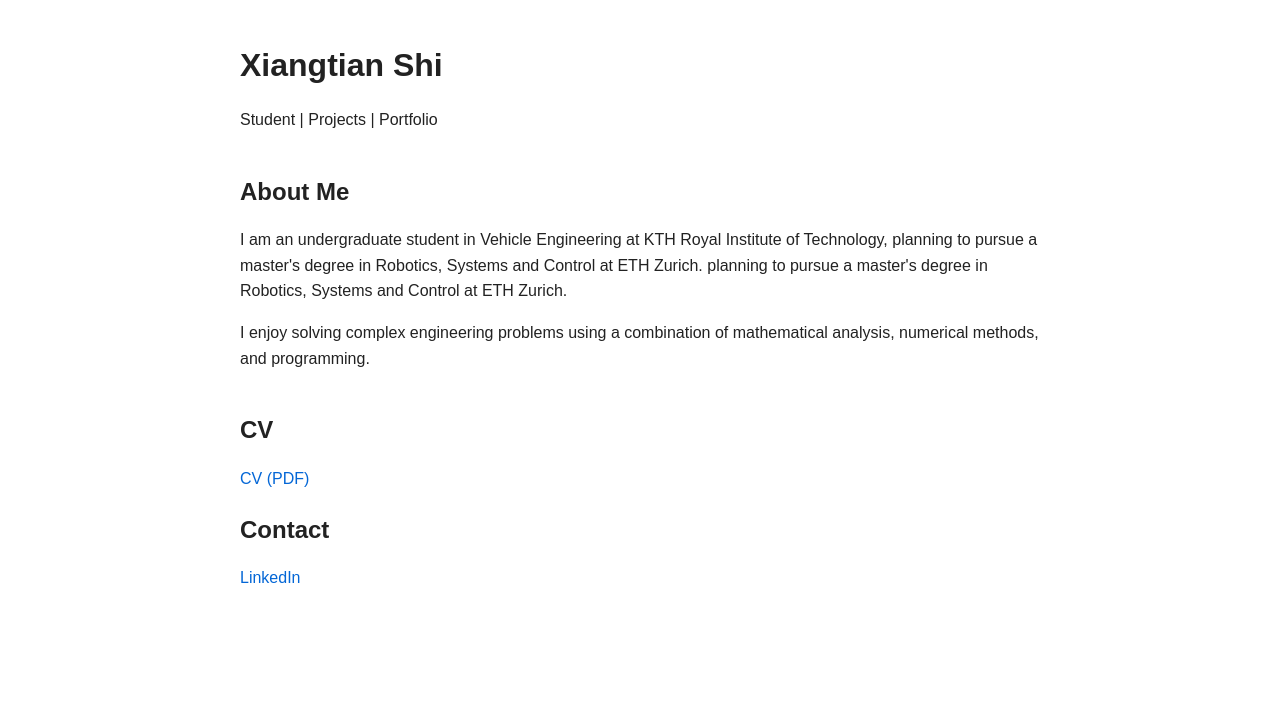
Repository: xitisch/xitisch.github.io
Page: index.html
An editor plug-in stored every save of this project. The page is shown before and after the next save, followed by the edit.
The browser window is 1280 px wide. The pictures show the whole page.

Above is the page before, as saved 2026-04-21 23:17:29.

### index.html
<!doctype html>
<html lang="en">
<head>
  <meta charset="UTF-8">
  <meta name="viewport" content="width=device-width, initial-scale=1.0">
  <title>Xiangtian Shi</title>
  <style>
    body {
      font-family: Arial, sans-serif;
      max-width: 800px;
      margin: 40px auto;
      padding: 0 20px;
      line-height: 1.6;
      color: #222;
    }
    h1, h2 { margin-bottom: 0.3em; }
    .section { margin-top: 40px; }
    a { color: #0366d6; text-decoration: none; }
    a:hover { text-decoration: underline; }
  </style>
</head>
<body>
  <h1>Xiangtian Shi</h1>
  <p>Student | Projects | Portfolio</p>

  <div class="section">
    <h2>About Me</h2>
    <p>
      I am an undergraduate student in Vehicle Engineering at KTH Royal Institute of Technology, planning to pursue a master's degree in Robotics, Systems and Control at ETH Zurich.
      planning to pursue a master's degree in Robotics, Systems and Control at ETH Zurich.
    <p>
    I enjoy solving complex engineering problems using a combination of
    mathematical analysis, numerical methods, and programming.
    </p>
  </div>
  <div class="section">
    <h2>CV</h2>
    <p>
      <a href="XiangtianShi_CV.pdf" target="_blank">CV (PDF)</a>
    </p>
    <h2>Contact</h2>
    <p>
      <a href="https://www.linkedin.com/in/xiangtian-shi-5ab47428b/">LinkedIn</a>
    </p>
  </div>
</body>
</html>

After the next save:
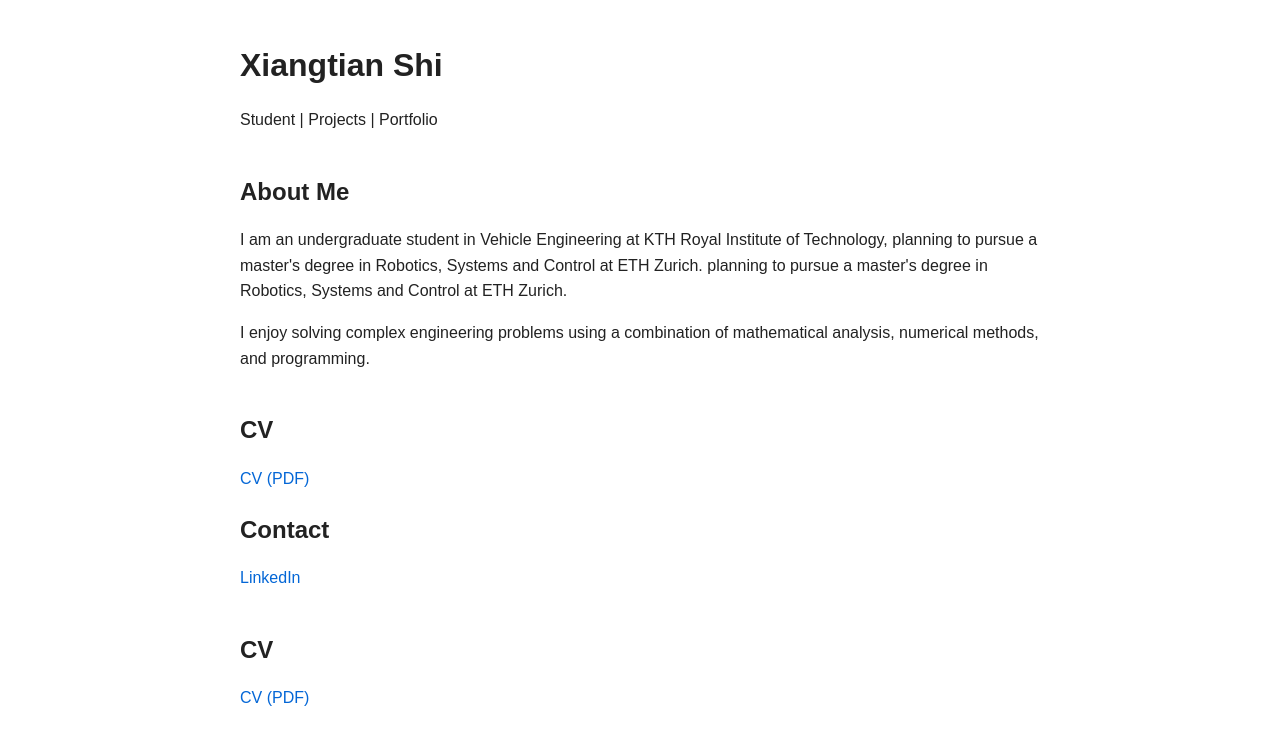
Saved 99 s later.
--- a/index.html
+++ b/index.html
@@ -43,5 +43,11 @@
       <a href="https://www.linkedin.com/in/xiangtian-shi-5ab47428b/">LinkedIn</a>
     </p>
   </div>
+
+  <div class="section">
+    <h2>CV</h2>
+    <p>
+      <a href="XiangtianShi_CV.pdf" target="_blank">CV (PDF)</a>
+    </p>
 </body>
 </html>
